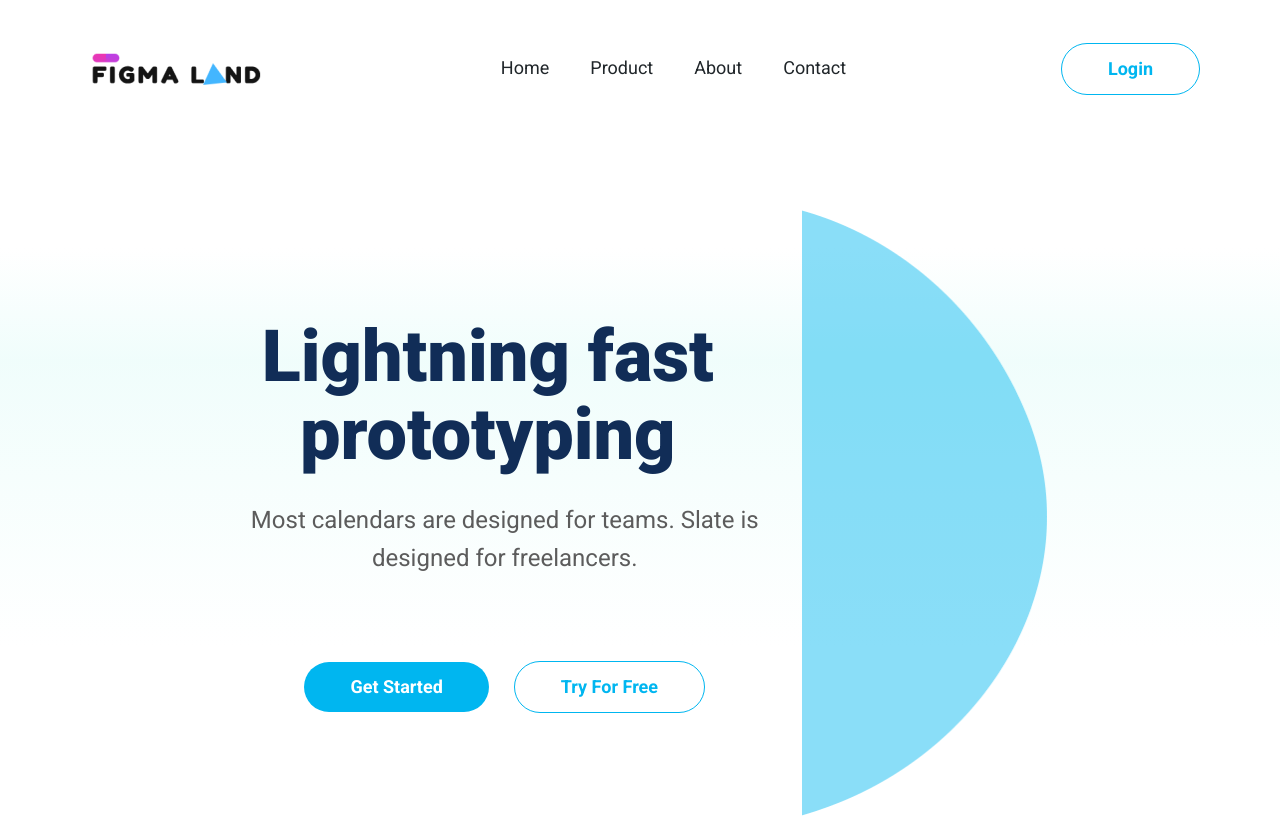
Repository: tungcutte35/Figma-Land
Page: sass/index.html
These files come from the project's save history. The page is drawn as it stood at one moment and after the next save; the edit follows.
The browser window is 1280 px wide. The pictures show the whole page.
The style sheet was rebuilt from its Sass, Less or Tailwind sources for each picture, by a compiler version that may differ from the author's.

Above is the page before, as saved 2021-10-23 16:23:50.

After the next save:
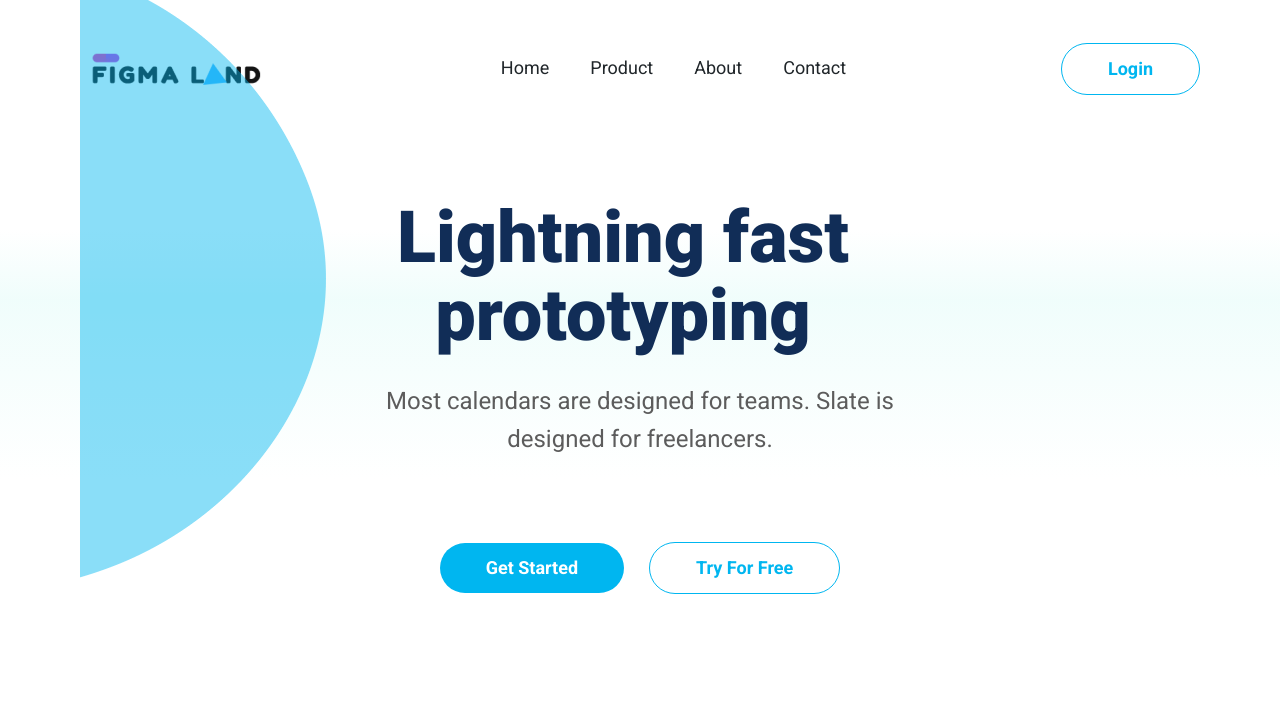
Saved 29 s later.
--- a/sass/_lightning.scss
+++ b/sass/_lightning.scss
@@ -11,6 +11,7 @@
     justify-content: center;
     gap: 0 25px;
     margin: 0 auto;
+    position: relative;
   }
   &-header {
     text-align: center;
@@ -33,4 +34,9 @@
     justify-content: center;
     gap: 0 25px;
   }
+  &-vector {
+    position: absolute;
+    left: 0;
+    bottom: 0;
+  }
 }
